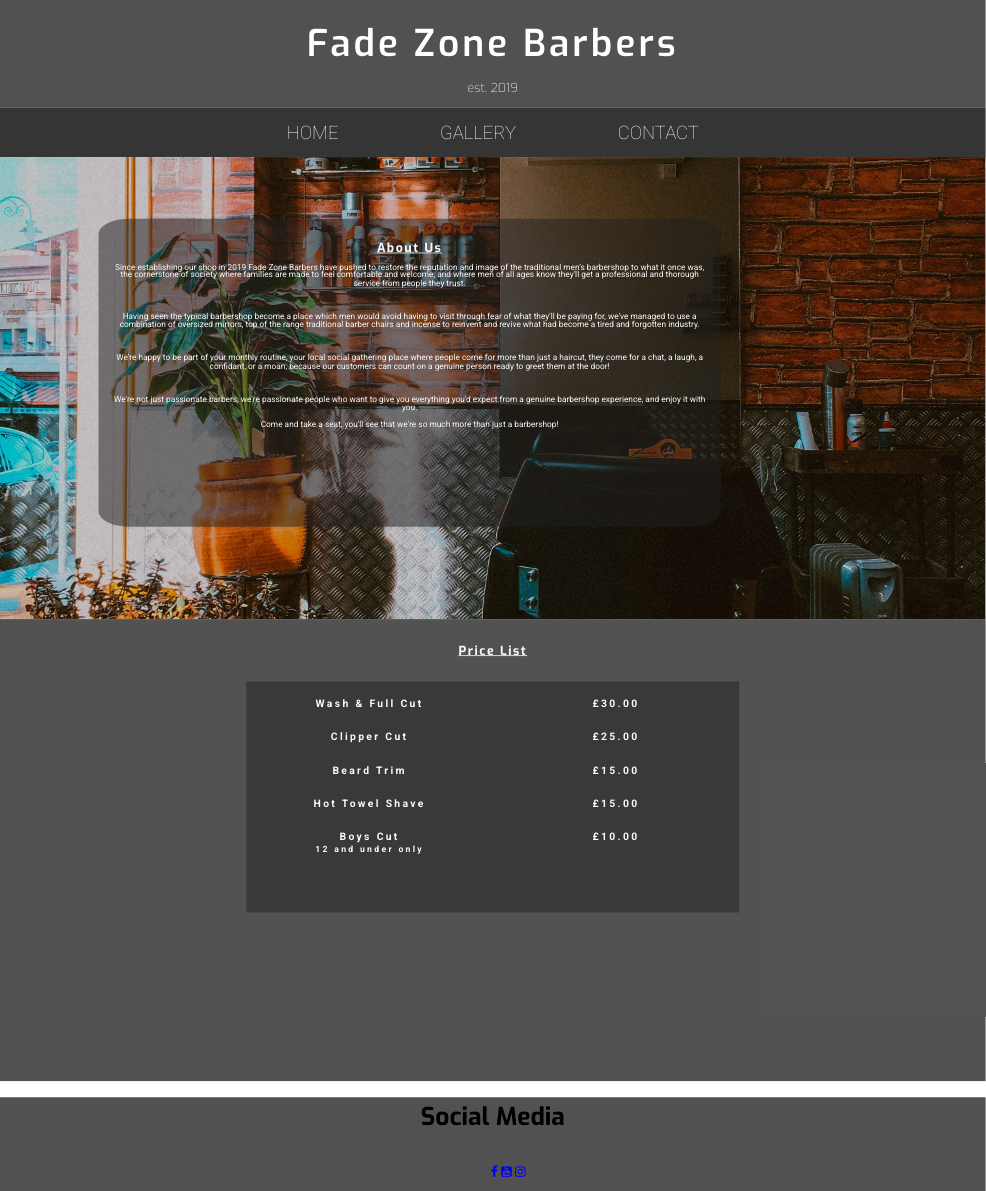
Repository: Boofy360/fade-zone-barbers
Page: index.html
The author's editor kept a record of every edit. The page is drawn from the files as they stood at one moment, then again after the next edit.
The browser window is 1280 px wide. The pictures show the whole page, at 77% of full size.

Above is the page before.

After the next edit:
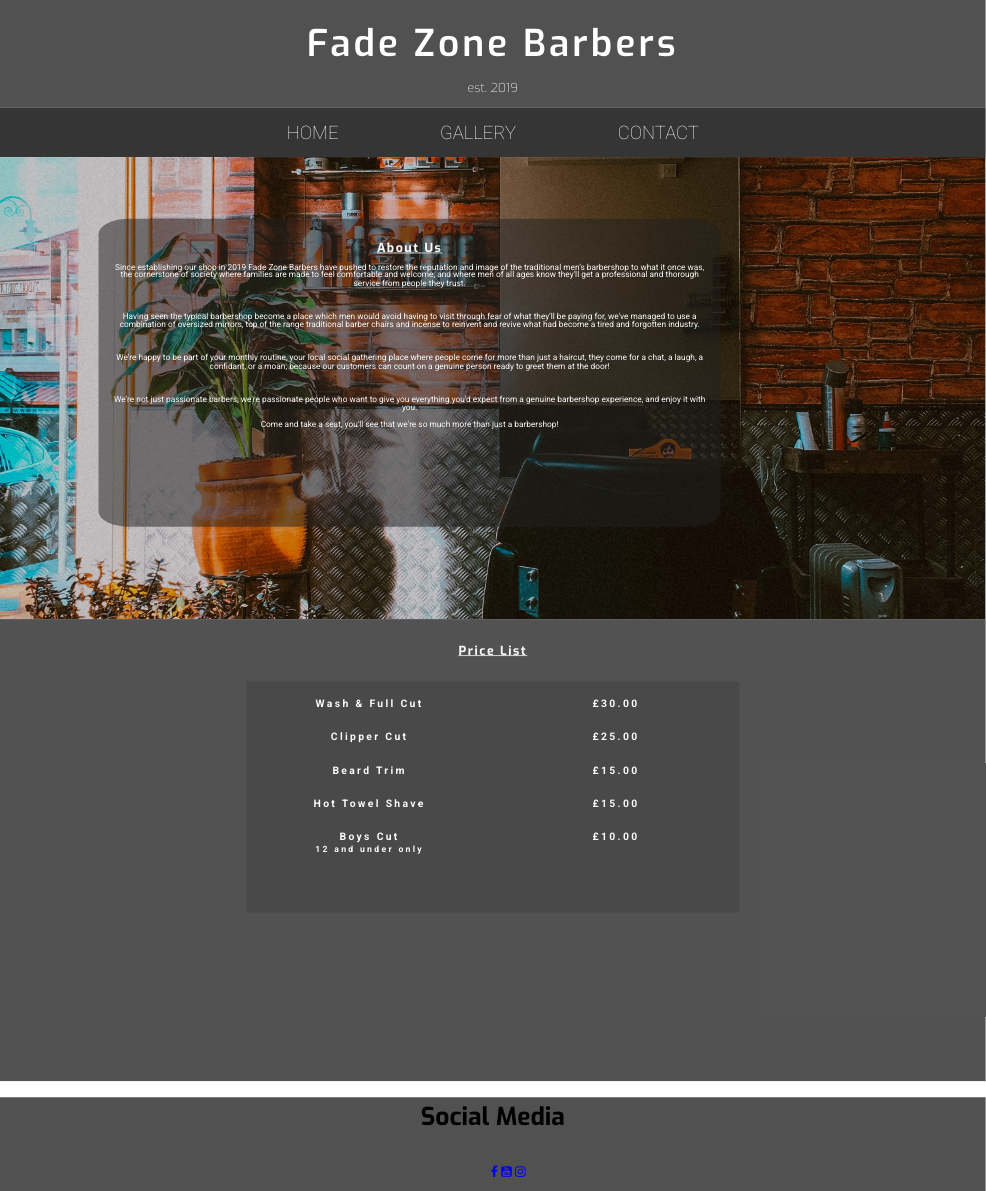
The edit:
--- a/assets/css/style.css
+++ b/assets/css/style.css
@@ -143,7 +143,7 @@
 
 
 #prices-list {
-    background-color: rgba(32, 32, 32, 0.5);
+    background-color: rgba(64, 64, 64, 0.5);
     position: absolute;
     width: 50%;
     height: 50%;
